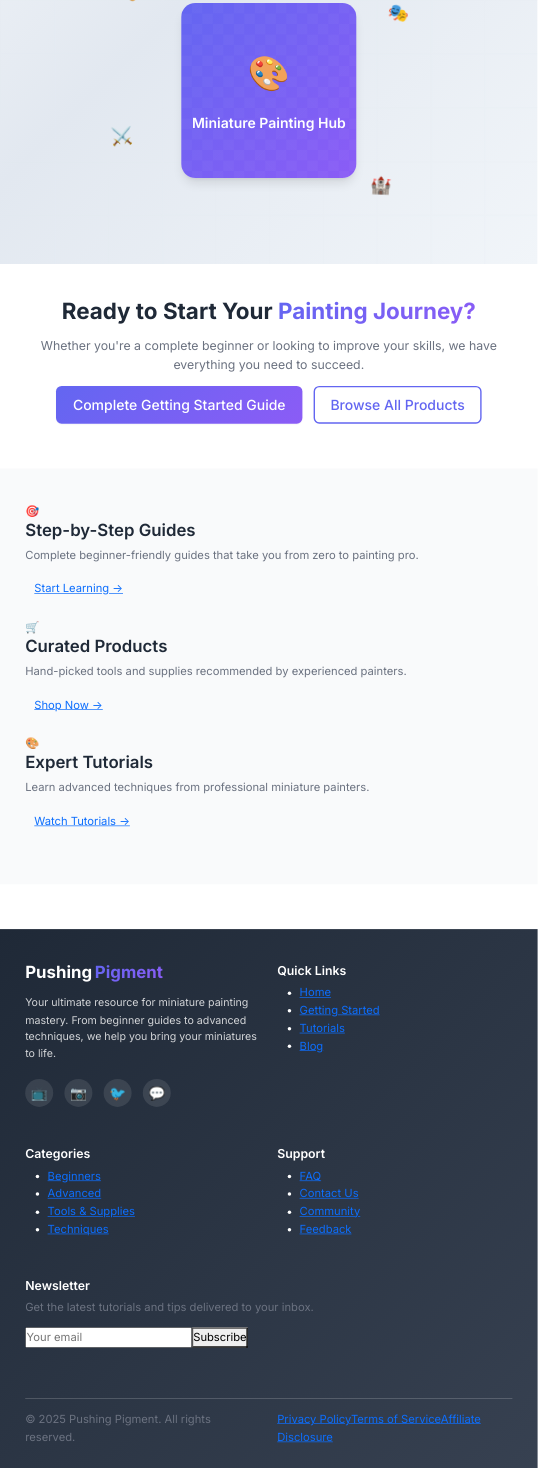
Repository: Aldentec/pushing-pigment-website
Page: /
These files come from the project's save history. The page is drawn as it stood at one moment and after the next save; the edit follows.
The browser window is 768 px wide. The pictures show the part of the page from y = 616 to 2856 px (the page is 2713 px tall before and 3127 px after), at 70% of full size.
The project was rebuilt for these pictures with package versions that can differ from the ones it lists, and the page was loaded fresh each time. Also part of the build but not shown: src/data/tutorials.js, src/pages/Tutorials/Tutorials.css, src/pages/Tutorials/Tutorials.jsx, src/components/ProductCard/ProductCard.css, src/components/ProductCard/ProductCard.jsx, src/data/products.js, src/pages/Products/Products.css, src/pages/Products/Products.jsx and 3 more.

Above is the page before, as saved 2025-08-16 09:23:45.

After the next save:
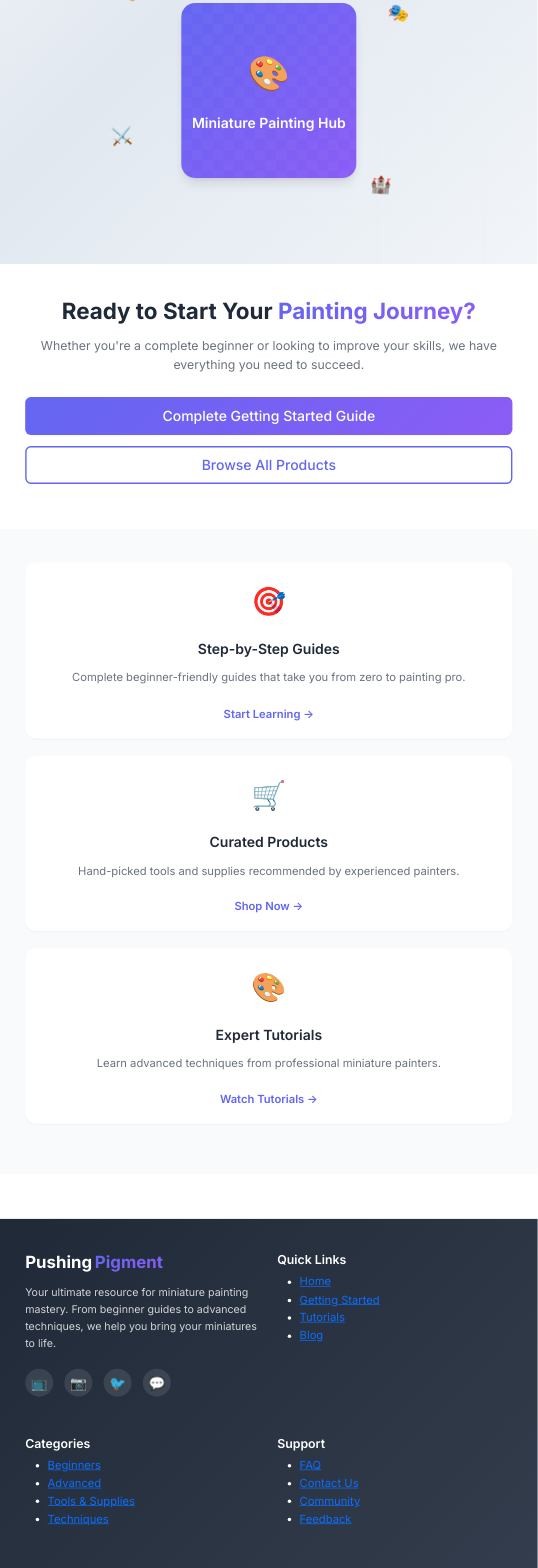
Saved 7 s later.
--- a/src/pages/Home/Home.css
+++ b/src/pages/Home/Home.css
@@ -1,3 +1,109 @@
+/* Home Page Styles */
+
 .home-page {
-  /* Add any home-specific styles here */
+  /* Base styles */
 }
+
+/* Quick Start Section */
+.quick-start-section {
+  background: white;
+}
+
+.quick-start-buttons {
+  margin-top: 2rem;
+}
+
+/* Features Section */
+.features-section {
+  background: var(--bg-light);
+}
+
+.feature-card {
+  background: white;
+  padding: 2rem;
+  border-radius: 16px;
+  box-shadow: var(--shadow-sm);
+  text-align: center;
+  height: 100%;
+  transition: all 0.3s ease;
+}
+
+.feature-card:hover {
+  transform: translateY(-8px);
+  box-shadow: var(--shadow-lg);
+}
+
+.feature-icon {
+  font-size: 3rem;
+  margin-bottom: 1.5rem;
+}
+
+.feature-card h4 {
+  font-size: 1.25rem;
+  font-weight: 600;
+  color: var(--text-dark);
+  margin-bottom: 1rem;
+}
+
+.feature-card p {
+  color: var(--text-light);
+  margin-bottom: 1.5rem;
+  line-height: 1.6;
+}
+
+.feature-link {
+  color: var(--primary-color);
+  font-weight: 600;
+  text-decoration: none;
+  padding: 0;
+  border: none;
+  background: none;
+  transition: color 0.3s ease;
+}
+
+.feature-link:hover {
+  color: var(--secondary-color);
+  text-decoration: none;
+}
+
+.section-title {
+  font-size: 2.5rem;
+  font-weight: 700;
+  margin-bottom: 1rem;
+  color: var(--text-dark);
+}
+
+.section-description {
+  font-size: 1.2rem;
+  color: var(--text-light);
+  line-height: 1.6;
+  margin-bottom: 2rem;
+}
+
+/* Responsive */
+@media (max-width: 768px) {
+  .section-title {
+    font-size: 2rem;
+  }
+
+  .section-description {
+    font-size: 1.1rem;
+  }
+
+  .feature-card {
+    padding: 1.5rem;
+  }
+
+  .feature-icon {
+    font-size: 2.5rem;
+  }
+
+  .quick-start-buttons .btn {
+    width: 100%;
+    margin-bottom: 1rem;
+  }
+
+  .quick-start-buttons .btn:last-child {
+    margin-bottom: 0;
+  }
+}
